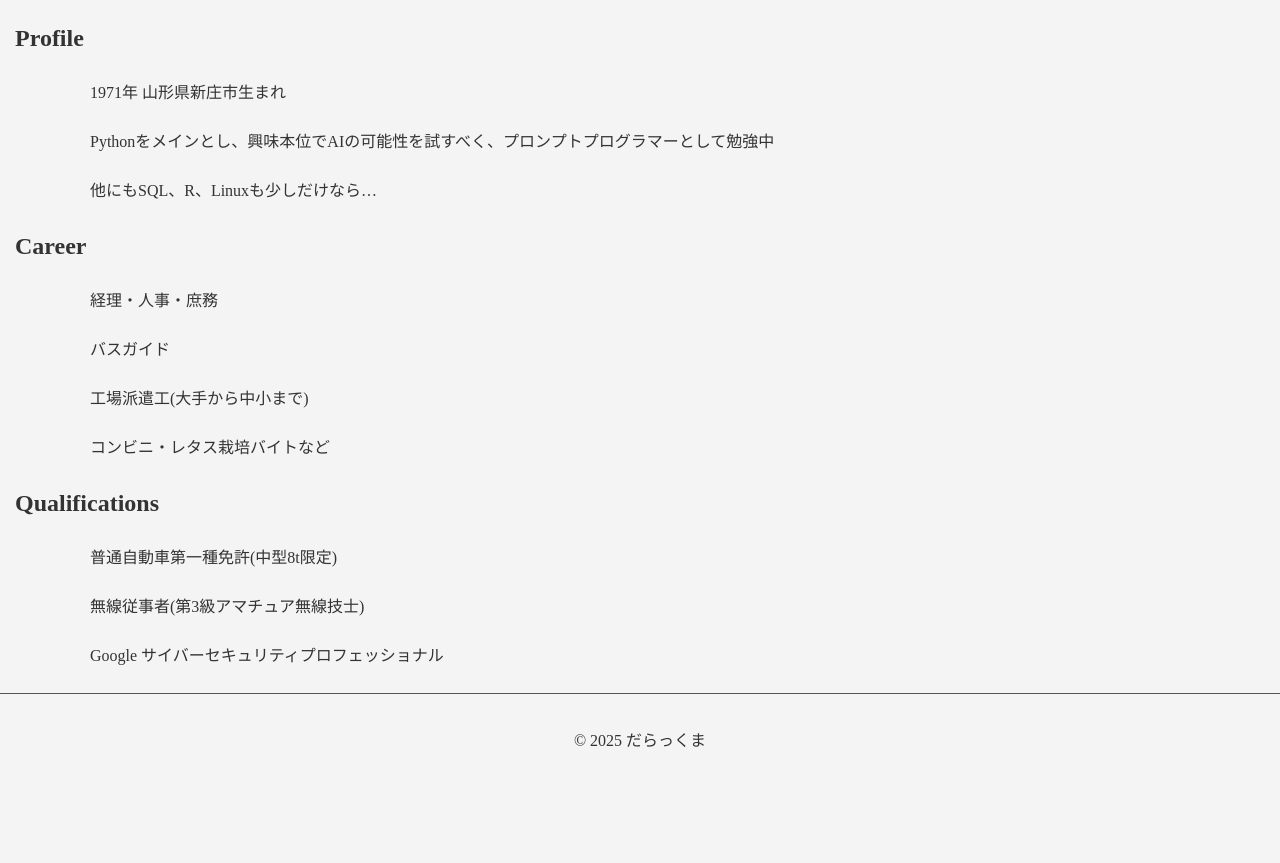
Repository: rydeen7907/html
Page: profile.html
The author's editor kept a copy of each file at every save. The page is drawn from the files as they stood at one save, then again after a run of saves.
The browser window is 1280 px wide. The pictures show the whole page.

Above is the page before, as saved 2025-04-27 17:48:05.

### profile.html
<!DOCTYPE html>
<html lang="ja">
<head>
    <meta charset="UTF-8">
    <meta name="viewport" content="width=device-width, initial-scale=1.0">
    <title>Profile - だらっくまのサイト</title>
    <link rel="stylesheet" href="style.css">
</head>
<body>
    <main>
        <h2>Profile</h2>
        <ul>
            <p>1971年 山形県新庄市生まれ</p>
            <p>Pythonをメインとし、興味本位でAIの可能性を試すべく、プロンプトプログラマーとして勉強中</p>
            <p>他にもSQL、R、Linuxも少しだけなら…</p>
        </ul>

        <h2>Career</h2>
        <ul>
        <p>経理・人事・庶務</p>
        <p>バスガイド</p>
        <p>工場派遣工(大手から中小まで)</p>
        <p>コンビニ・レタス栽培バイトなど</p>
        </ul>

        <h2>Qualifications</h2>
        <ul>
        <p>普通自動車第一種免許(中型8t限定)</p>
        <p>無線従事者(第3級アマチュア無線技士)</p>
        <p>Google サイバーセキュリティプロフェッショナル</p>

        </ul>

    </main>

 <footer class="social-links">
        <p>&copy; 2025 だらっくま</p>
    </footer>

</body>
</html>

### style.css
/* 基本スタイル */
:root {
    /* 色の設定 */
    --text-color-dark: #333; /*  */
    --text-color-light: #555; /*  */
    --background-color: #f4f4f4; /*  */
    --background-color-scroll: aqua; /*  */
    --link-color: #333; /* リンクの色 */
    --link-color-hover: #ff8000; /* ホバー時のリンク色 */

/* タイポグラフィ */
    --font-family: Arial, sans-serif; /* フォントファミリー */
    --line-height-base: 1.5; /* 行間を調整 (例：1.5倍 px,%,emでも可能) */
    --font-size-small: 12px; /* フォントサイズを小さく */
    --font-size-base: 16px; /* 基本フォントサイズ */
    --font-size-large: 24px; /* 大きなフォントサイズ */
    --font-size-xlarge: 32px; /* 特大フォントサイズ */

/* 余白 */
    --margin-xs: 5px; /* 小さなマージン */
    --margin-s: 10px; /* 基本マージン */
    --margin-m: 15px; /* 中くらいのマージン */
    --margin-l: 20px; /* 大きなマージン */
    --margin-xl: 25px; /* 特大マージン */
    --margin-xxl: 40px; /* 特特大マージン */
    --margin-xxxl: 50px; /* 特特特大マージン */
}

body {
    margin: 0; /* ブラウザデフォルトのマージンをリセット */
    padding: 0; /* ブラウザデフォルトのパディングをリセット */
    padding-bottom: var(--margin-xxxl); /* ページ下部のパディングを追加 */
    font-family: var(--font-size-base);
    line-height: var(--line-height-base); /* 行間を読みやすく調整 (例：2.0倍 px,%,emでも可能) */
    color: var(--text-color-dark); /* 文字色を濃いグレーに設定 */
    background-color: var(--background-color); /* 背景色を薄いグレーに設定 */
}

/* ヘッダー */
.header-image {
    display: block; /* 中央配置のためブロック要素に */
    width: 100%;
    /* max-width: auto; は width: 100%; があれば不要 */
    height: 400px;
    margin: 0 auto; /* 上下のマージンは０、左右は自動で中央揃え */
    object-fit: cover; /* 画像のアスペクト比を維持、要素に合わせる */
}

/* 画像の説明文 */
.image-caption {
    padding-top: var(--margin-xs); /* 上部のパディングを追加 */
    padding-bottom: var(--margin-xs); /* 下部のパディングを追加 */
    padding-left: var(--margin-m);    /* 左側のパディングを追加 */
    padding-right: var(--margin-m); /* 右側のパディングを追加 */

    margin-top: var(--margin-xs); /* 上部のマージンを追加 */
    margin-bottom: var(--margin-xl); /* 下部のマージンを追加 */
    font-size: var(--font-size-small); /* フォントサイズを小さく */
    color: var(--text-color-light); /* 文字色を薄いグレーに */
    text-align: right; /* 右寄せ */
}

/* 画像キャプション内のリンク */
.image-caption a {
    color: inherit; /* リンクの色 */
    text-align: right;
    text-decoration: none; /* 下線を削除 */
}
.image-caption a:hover,
.image-caption a:focus {
    color: var(--link-color-hover); /* ホバー時のリンク色 */
    text-decoration: underline; /* 下線を追加 */
}

/* スクロールテキストコンテナ */
.scrolling-text-container {
    width: 100%; /* 幅 */
    height: 55px; /* 高さ */
    margin-bottom: var(--margin-xxl); /* 下部のマージンを追加 */
    padding-top: var(--margin-xs); /* 上部のパディングを追加 */
    padding-bottom: var(--margin-s); /* 下部のパディングを追加 */
    box-sizing: border-box; /* パディングとボーダーを含めたサイズ計算 */
    background-color: var(--background-color-scroll); /* 背景色をアクアに設定 */
    overflow: hidden; /* はみ出た部分を隠す */
}

/* スクロールテキスト */
.scrolling-text {
    display: inline-block; /* インラインブロック要素に設定 */
    margin: 0; /* コンテナ内でのマージンを削除 */
    padding-left: 100%; /* 開始位置を右側に設定 */
    font-size: var(--font-size-large); /* フォントサイズ */
    font-weight: bold; /* 太字に設定 */
    color: var(--text-color-dark); /* 文字色を濃いグレーに */
    white-space: nowrap; /* 折り返し禁止 */
    animation: scroll-left 25s linear infinite; /* アニメーションを適用 */

}

/* スクロールアニメーションの定義 */
@keyframes scroll-left {
    0% {
        transform: translateX(0); /* 開始位置 */
    }
    100% {
        /* テキスト自身の幅だけ左に移動させる */
        transform: translateX(-150%);
    }
}

/* メインコンテンツ */
h1 {
    margin: var(--margin-xxl) 0 var(--margin-l); /* 上下のマージンを追加 */
    font-size: var(--font-size-xlarge); /* フォントサイズ */
    font-weight: bold; /* 太字に設定 */
    text-align: center; /* 中央配置 */
    color: var(--text-color-dark); /* 文字色を濃いグレーに */
}

main h2{
    margin-left: var(--margin-m); /* 左側のマージンを追加 */
}

/* 段落 p */
p {
    margin: var(--margin-xl) 0 ; /* 上下のマージンを追加 */
    text-align: center; /* 中央配置 */
    font-size: var(--font-size-base); /* フォントサイズ */
}

main p{
    margin-left: var(--margin-xxxl); /* 左側のマージンを追加 */
    text-align: left; /* 左寄せ */
    font-size: var(--font-size-base); /* フォントサイズ */
}

/* リンク a */
a {
    display: block;
    color: var(--link-color); /* 文字色を赤に */
    margin: var(--margin-s) auto; /* 上部のマージンを追加 */
    font-size: var(--font-size-base); /* フォントサイズ */
    font-weight: bold; /* 太字に設定 */
    text-align: center; /* 中央配置 */
    text-decoration: none; /* 下線を削除 */
    transition: color 0.3s; /* ホバー時の色変更にトランジションを追加 */
}

/* ホバー時のスタイル */
a:hover,
a:focus { /* ホバーとフォーカス時に適用するスタイル */
    color: var(--link-color-hover); /* ホバー時の文字色をオレンジに変更 */
    text-decoration: underline; /* 下線を追加 */
}

/* SNS リンク */
.social-links {
    text-align: center;
    margin: var(--margin-xl) 0; /* 上下のマージンを追加 */
    padding-bottom: var(--margin-s); /* 上下のパディングを追加 */
    border-top: 1px solid var(--text-color-light); /* 上部に薄いグレーのボーダーを追加 */
    padding-top: var(--margin-s); /* 上部のパディングを追加 */
}

.social-links h2 {
    font-size: var(--font-size-base); /* フォントサイズ */
    color: var(--text-color-dark); /* 文字色を濃いグレーに */
    margin: var(--margin-s) 0; /* 上下のマージンを追加 */
    font-weight: normal; /* 太字に設定 */
}

.social-links ul {
    list-style: none; /* リストのマークを削除 */
    padding: 0; /* パディングを削除 */
    margin: 0; /* マージンを削除 */
}

.social-links li {
    display: inline-block; /* 横並び */
    margin: 0 var(--margin-s); /* 左右のマージンを追加 */
}

/* SNSリンク 固有のスタイル */
.social-links a {
    display: inline-block; /* クリック範囲を確保 */
    line-height: 1; /* 画像のベースラインを揃えるのに役立つ */
    /* color: var(--link-color); /* リンクの色 */
    text-decoration: none; /* 下線を削除 */
    /*font-size: var(--font-size-base); /* フォントサイズ */
    transition: opacity 0.3s; /* ホバー時の透明度変更 (テキスト：color 0.3s)*/
}

.social-icon {
    width: 48px; /* アイコンの幅 */
    height: 48px; /* アイコンの高さ */
    vertical-align: middle; /* 他のアイコンと並んだ場合の垂直配置を中央に */
    /*object-fit: cover; /* 画像のアスペクト比を維持、要素に合わせる */
}

/* ホバー時のスタイル */
.social-links a:hover,
.social-links a:focus {
    /* color: var(--link-color-hover); /* ホバー時の文字色をオレンジに変更 */
    /* text-decoration: underline; /* 下線を追加 */
    opacity: 0.7; /* ホバー時の透明度を変更 */
}

After the next 3 saves:
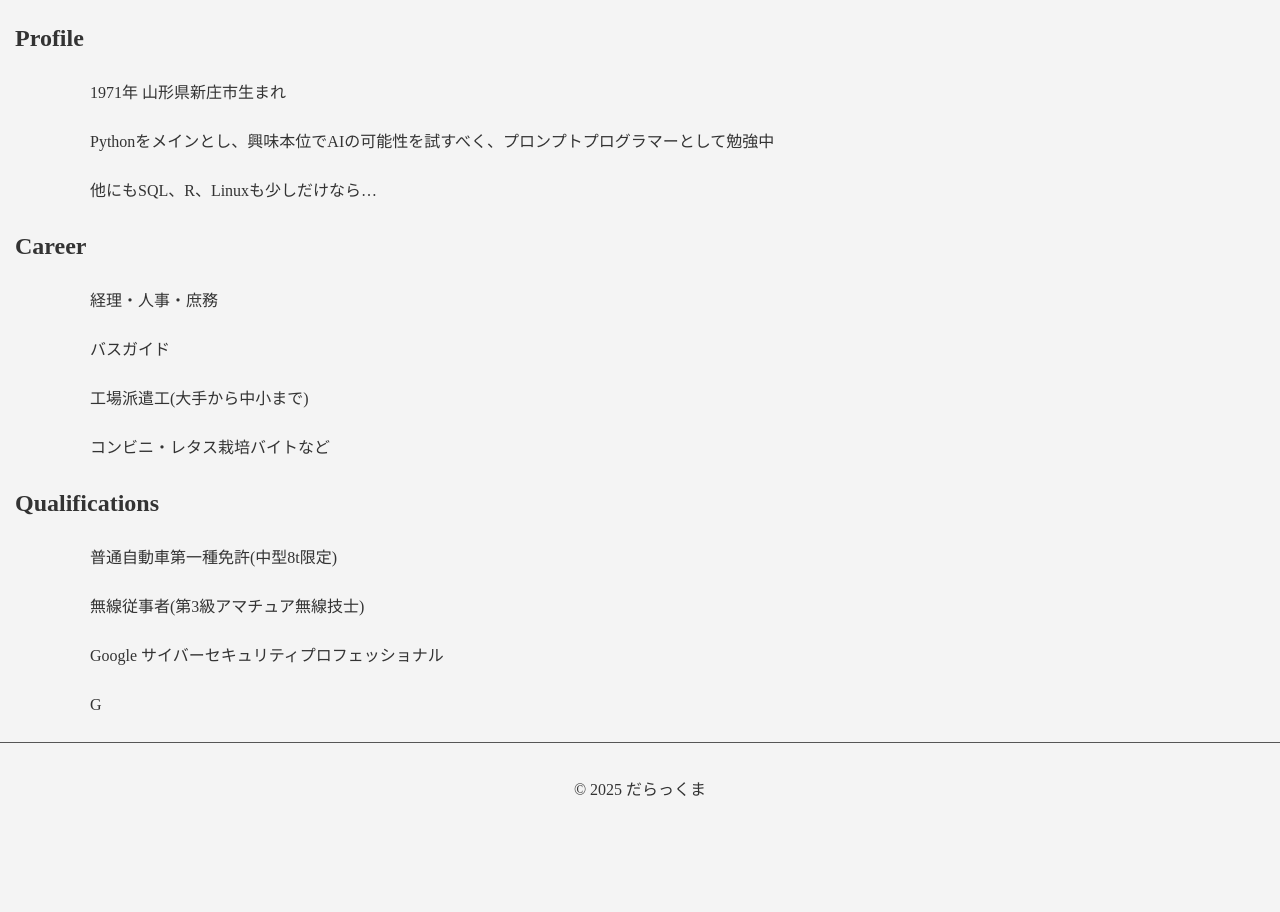
The 3 saves are shown as one change because they came seconds apart.
The last was saved 8 s later.
--- a/profile.html
+++ b/profile.html
@@ -28,7 +28,7 @@
         <p>普通自動車第一種免許(中型8t限定)</p>
         <p>無線従事者(第3級アマチュア無線技士)</p>
         <p>Google サイバーセキュリティプロフェッショナル</p>
-
+        <p>G</p>
         </ul>
 
     </main>
